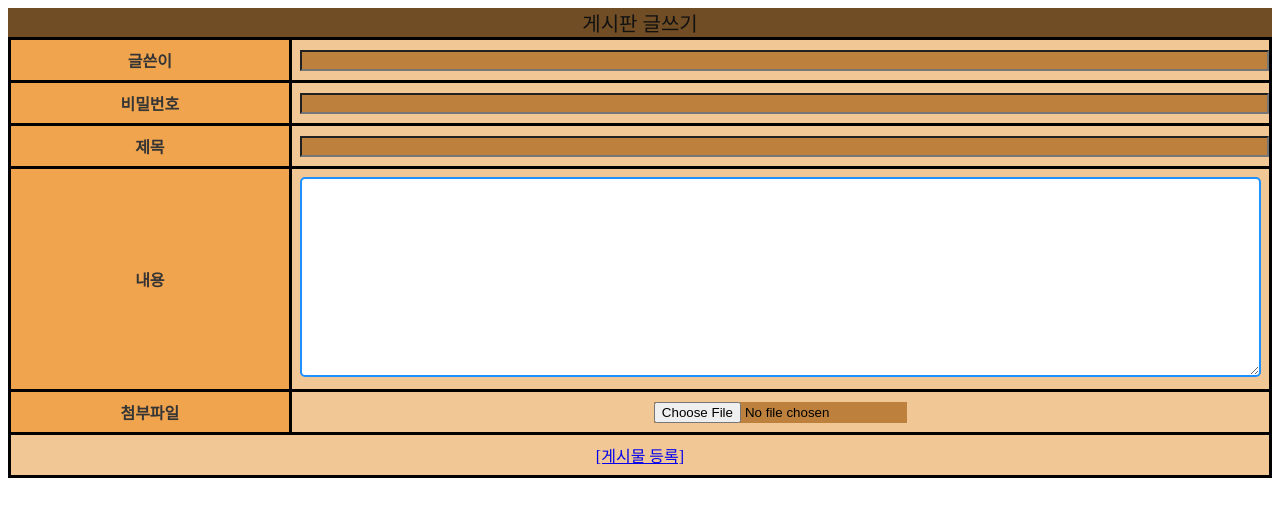
Repository: LucestDail/jdbcWorkspace
Page: http://localhost/jdbcProject/model1/board/writeForm.jsp
An editor plug-in stored every save of this project. The page is shown before and after the next save, followed by the edit.
The browser window is 1280 px wide. The pictures show the whole page.
The page is served by Tomcat 9.

Above is the page before, as saved 2020-11-23 07:55:22.

After the next save:
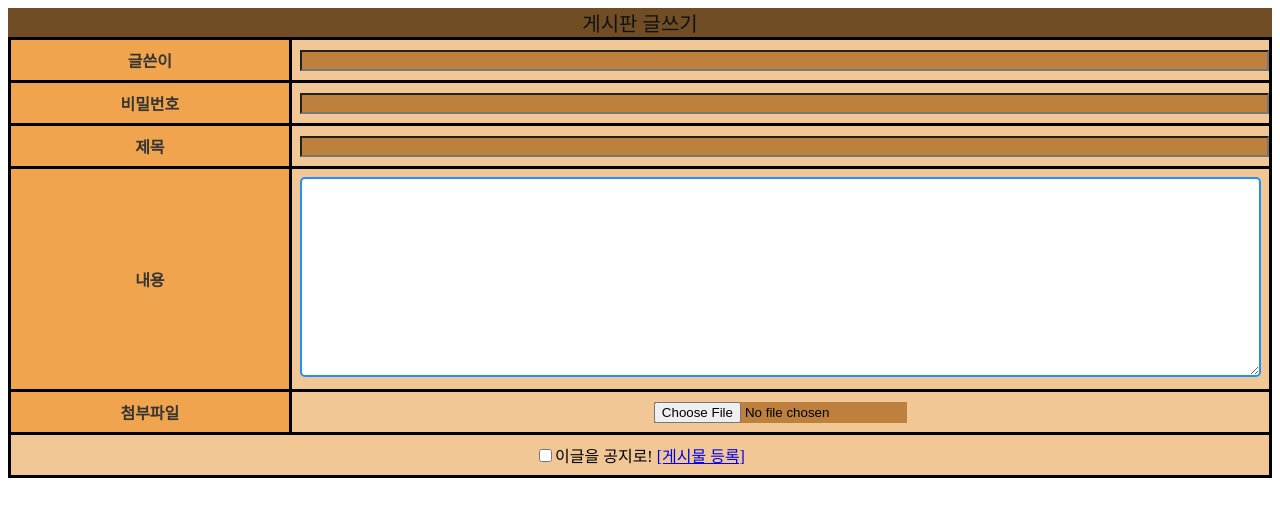
Saved 3 min 15 s later.
--- a/jdbcProject/WebContent/model1/board/writeForm.jsp
+++ b/jdbcProject/WebContent/model1/board/writeForm.jsp
@@ -35,6 +35,7 @@
 </head>
 <body>
 <form action = "write.jsp" method = "post" enctype = "multipart/form-data" name = "f">
+<input type = "hidden" name = "noticeTag" value = "">
 	<table>
 		<caption>게시판 글쓰기</caption>
 		<tr>
@@ -79,7 +80,7 @@
 		</tr>
 		<tr>
 			<td colspan = "2">
-				<a href = ""></a>
+				<input type = "checkbox" name = "notice" value = "1">이글을 공지로!
 				<a href = "javascript:inputcheck()">[게시물 등록]</a>
 			</td>
 		</tr>
